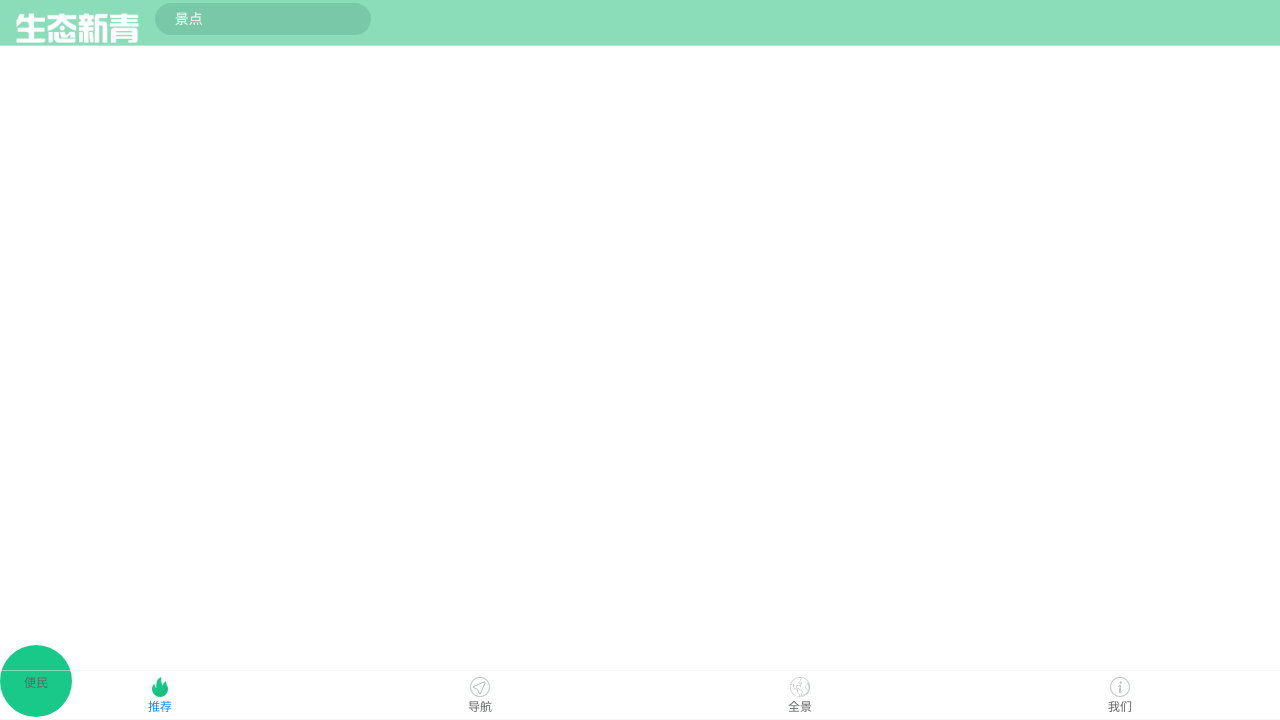
Repository: huye123/stcq
Page: /
The author's editor kept a copy of each file at every save. The page is drawn from the files as they stood at one save, then again after the next save.
The browser window is 1280 px wide. The pictures show the whole page.
The project was rebuilt for these pictures with package versions that can differ from the ones it lists, and the page was loaded fresh each time. Also part of the build but not shown: src/components/search.vue.

Above is the page before, as saved 2019-06-28 16:34:36.

After the next save:
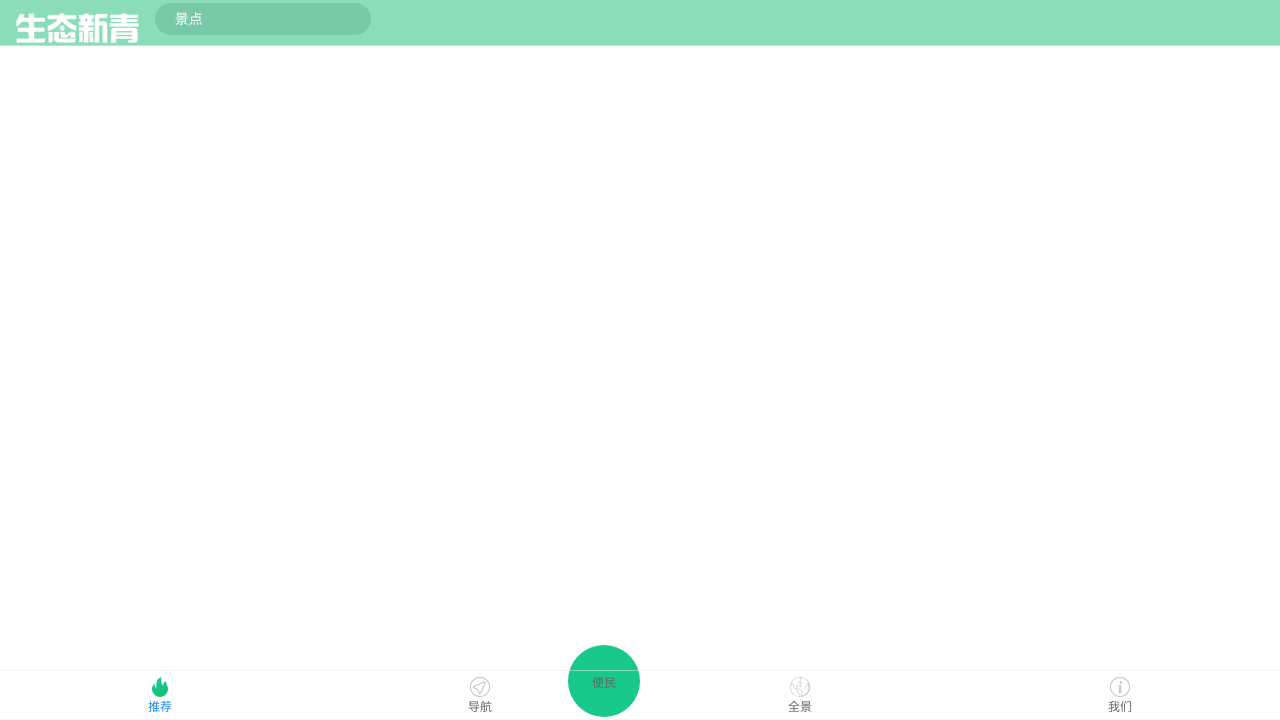
Saved 17 s later.
--- a/src/App.vue
+++ b/src/App.vue
@@ -86,7 +86,7 @@ export default {
     width: 72px;
     position: absolute;
     top: -50%;
-    left: calc (50% - 72px);
+    left: calc(50% - 72px);
 
 }
 </style>
